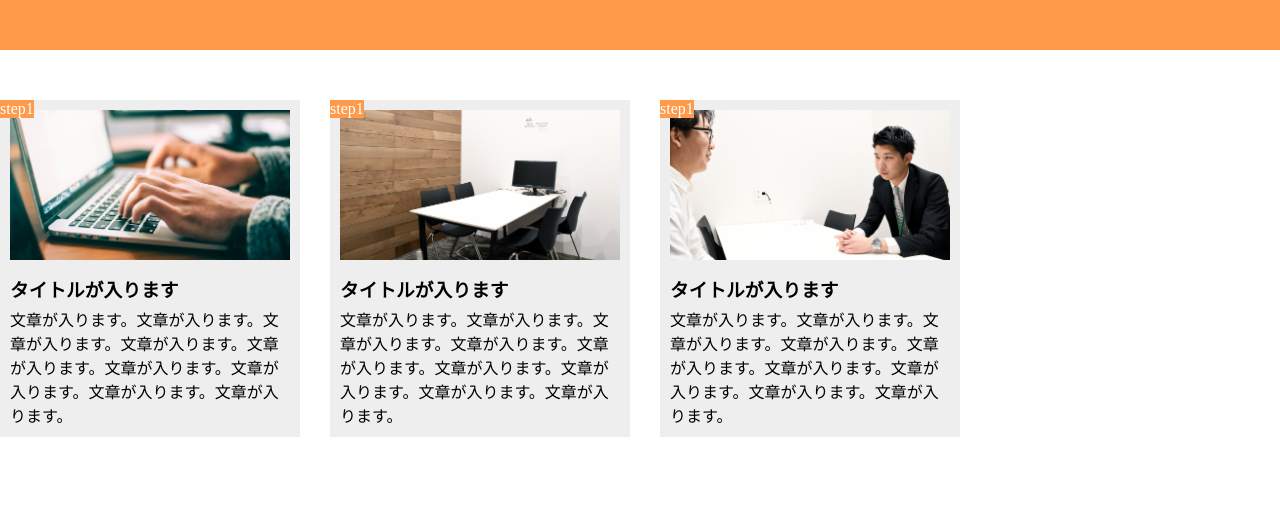
Repository: t-sato-infratop/environment
Page: chapter9-exercise/chapter9_exercise2.html
The author's editor kept a record of every edit. The page is drawn from the files as they stood at one moment, then again after the next edit.
The browser window is 1280 px wide. The pictures show the whole page.
Some web libraries are served in a nearby version.

Above is the page before.

After the next edit:
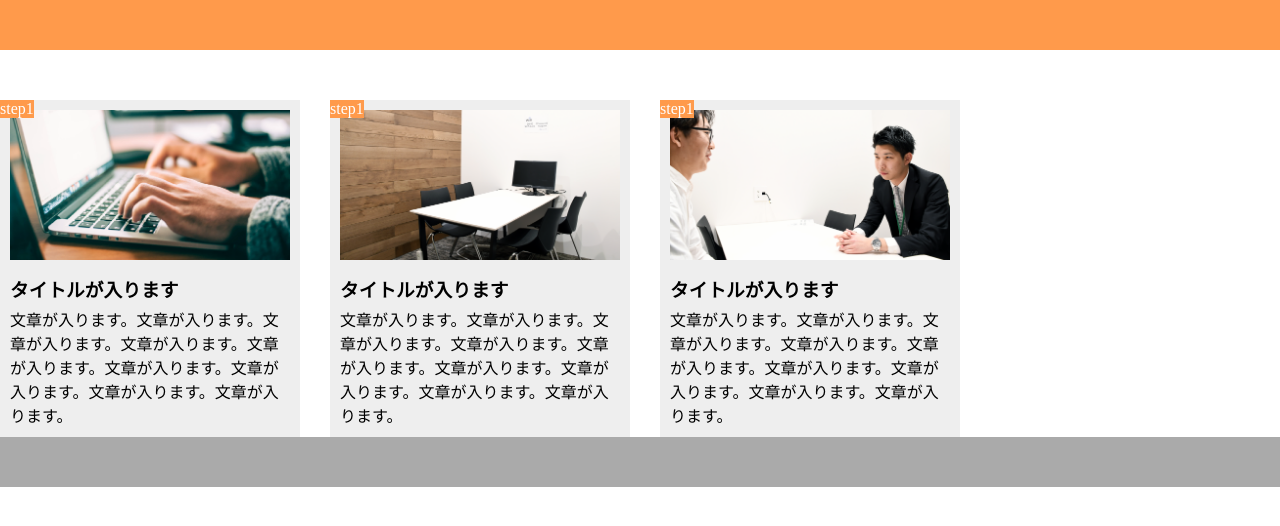
The edit:
--- a/chapter9-exercise/chapter9_exercise2.css
+++ b/chapter9-exercise/chapter9_exercise2.css
@@ -62,7 +62,7 @@
   margin: 15px 0 5px 0;
 }
 
-.footer {
+footer {
   height: 50px;
   background-color: #aaaaaa;
 }
